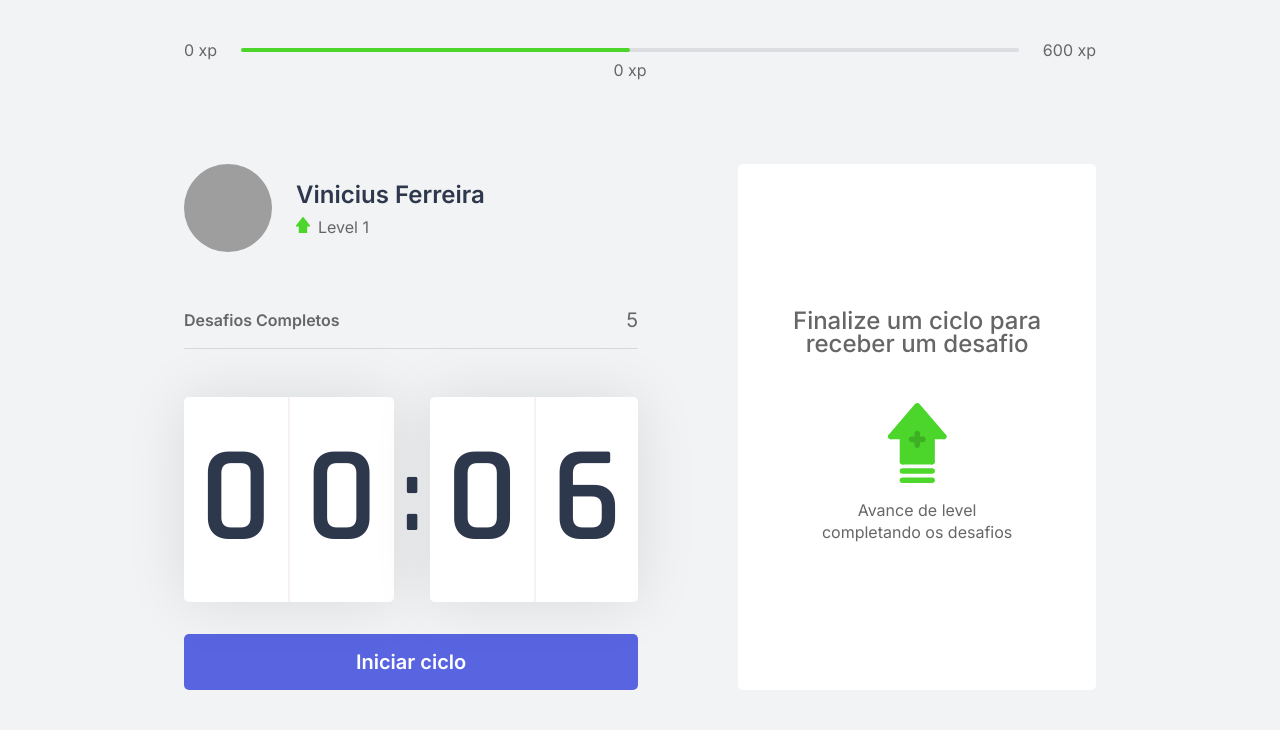
Repository: viniciusfg05/nlwFocus
Page: /
The author's editor kept a copy of each file at every save. The page is drawn from the files as they stood at one save, then again after the next save.
The browser window is 1280 px wide. The pictures show the whole page.
Pictures or frames that could not be fetched are drawn as grey boxes. The project was rebuilt for these pictures with package versions that can differ from the ones it lists, and the page was loaded fresh each time. The framework's server and built-in components were replaced by stand-ins that run in the browser.

Above is the page before, as saved 2022-02-28 15:10:05.

After the next save:
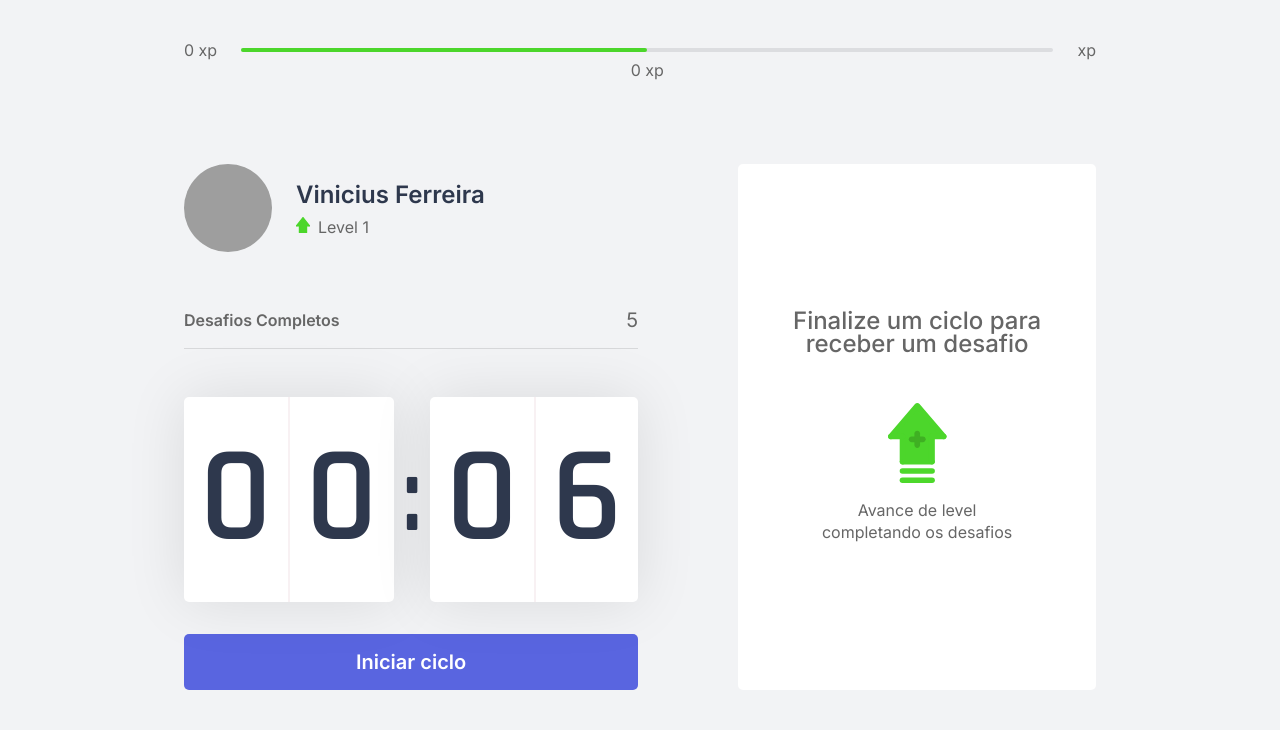
Saved 18 s later.
--- a/src/components/ExperinceBar.tsx
+++ b/src/components/ExperinceBar.tsx
@@ -13,7 +13,7 @@ export function ExperienceBar() {
 
                     <span className={styles.currentExperience} style={{ left: '50%'}}>{currentExperience} xp</span>
                 </div>
-            <span>600 xp</span>
+            <span>{} xp</span>
         </header>
     )
 }
